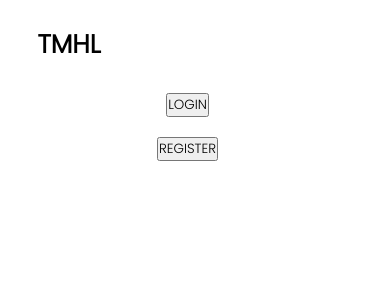
Repository: vu9ar/vu9ar.github.io
Page: WelcomePage/welcome.html
These files come from the project's save history. The page is drawn as it stood at one moment and after the next save; the edit follows.
The browser window is 375 px wide. The pictures show the whole page.

Above is the page before, as saved 2022-03-27 18:07:36.

After the next save:
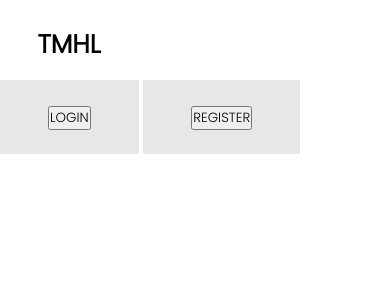
Saved 2 min 22 s later.
--- a/WelcomePage/style.css
+++ b/WelcomePage/style.css
@@ -63,28 +63,58 @@ header h4 {
 }
 
 .button {
+    pointer-events: auto;
+    cursor: pointer;
+    background: #e7e7e7;
+    border: none;
+    padding: 1.5rem 3rem;
+    margin: 0;
+    font-family: inherit;
+    font-size: inherit;
+    position: relative;
     display: inline-block;
-    padding: 0.35em 1.2em;
-    border: 0.1em solid #FFFFFF;
-    margin: 0 0.3em 0.3em 0;
-    border-radius: 0.12em;
-    box-sizing: border-box;
-    text-decoration: none;
-    font-family: 'Roboto', sans-serif;
-    font-weight: 300;
-    color: #FFFFFF;
-    text-align: center;
-    transition: all 0.2s;
 }
 
-.button1:hover {
-    color: #000000;
-    background-color: #FFFFFF;
+.button::before,
+.button::after {
+    position: absolute;
+    top: 0;
+    left: 0;
+    width: 100%;
+    height: 100%;
 }
 
-@media all and (max-width:30em) {
-    .button {
-        display: block;
-        margin: 0.4em auto;
-    }
+.button--janus {
+    font-family: freight-display-pro, serif;
+    font-weight: 900;
+    width: 175px;
+    height: 120px;
+    color: #fff;
+    background: none;
 }
+
+.button--janus::before {
+    content: '';
+    background: #e6e6e6;
+    -webkit-clip-path: path("M154.5,88.5 C131,113.5 62.5,110 30,89.5 C-2.5,69 -3.5,42 4.5,25.5 C12.5,9 33.5,-6 85,3.5 C136.5,13 178,63.5 154.5,88.5 Z");
+    clip-path: path("M154.5,88.5 C131,113.5 62.5,110 30,89.5 C-2.5,69 -3.5,42 4.5,25.5 C12.5,9 33.5,-6 85,3.5 C136.5,13 178,63.5 154.5,88.5 Z");
+    transition: clip-path 0.5s cubic-bezier(0.585, 2.5, 0.645, 0.55), -webkit-clip-path 0.5s cubic-bezier(0.585, 2.5, 0.645, 0.55), background 0.5s ease;
+}
+
+.button--janus:hover::before {
+    background: #000;
+    -webkit-clip-path: path("M143,77 C117,96 74,100.5 45.5,91.5 C17,82.5 -10.5,57 5.5,31.5 C21.5,6 79,-5.5 130.5,4 C182,13.5 169,58 143,77 Z");
+    clip-path: path("M143,77 C117,96 74,100.5 45.5,91.5 C17,82.5 -10.5,57 5.5,31.5 C21.5,6 79,-5.5 130.5,4 C182,13.5 169,58 143,77 Z");
+}
+
+.button--janus::after {
+    content: '';
+    height: 86%;
+    width: 97%;
+    top: 5%;
+    border-radius: 58% 42% 55% 45% / 56% 45% 55% 44%;
+    border: 1px solid #000;
+    transform: rotate(-20deg);
+    z-index: -1;
+    transition: transform 0.5s cubic-bezier(0.585, 2.5, 0.645, 0.55);
+}
